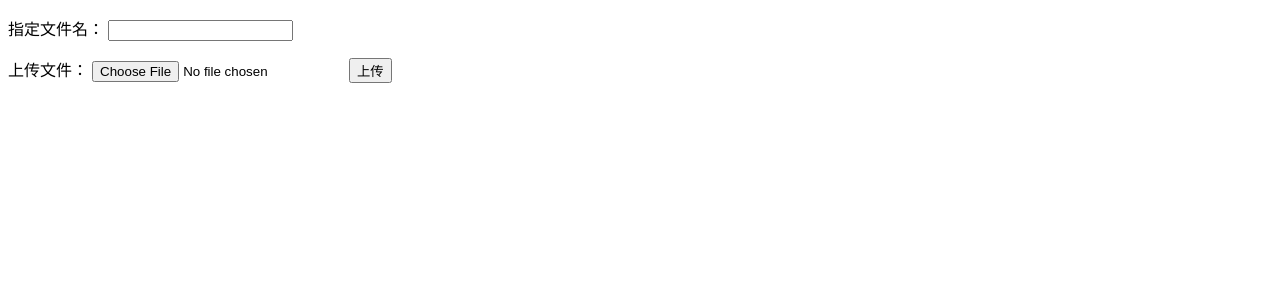
Repository: gongzheng-java/ProjectExample
Page: http://localhost/SpringMVC/upload.jsp
The author's editor kept a copy of each file at every save. The page is drawn from the files as they stood at one save, then again after the next save.
The browser window is 1280 px wide. The pictures show the whole page.
The page is served by Tomcat 9. Nobody is signed in. The application's start-up code is not run.

Above is the page before, as saved 2019-03-03 03:06:51.

After the next save:
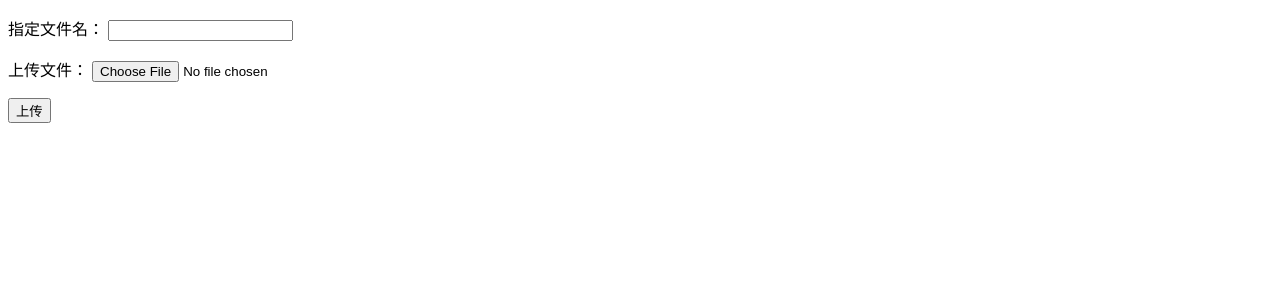
Saved 60 s later.
--- a/Mybatis&springMVC Space/SpringMVC/WebRoot/upload.jsp
+++ b/Mybatis&springMVC Space/SpringMVC/WebRoot/upload.jsp
@@ -36,7 +36,7 @@ function doUpload() {
 
 <form id= "uploadForm">
       <p >指定文件名： <input type="text" name="filename" value= ""/></p >
-      <p >上传文件： <input type="file" name="file"/></ p>
+      <p >上传文件： <input id="upload" type="file" name="file"/></p>
       <input type="button" value="上传" onclick="doUpload()" />
 </form>
 </body>
